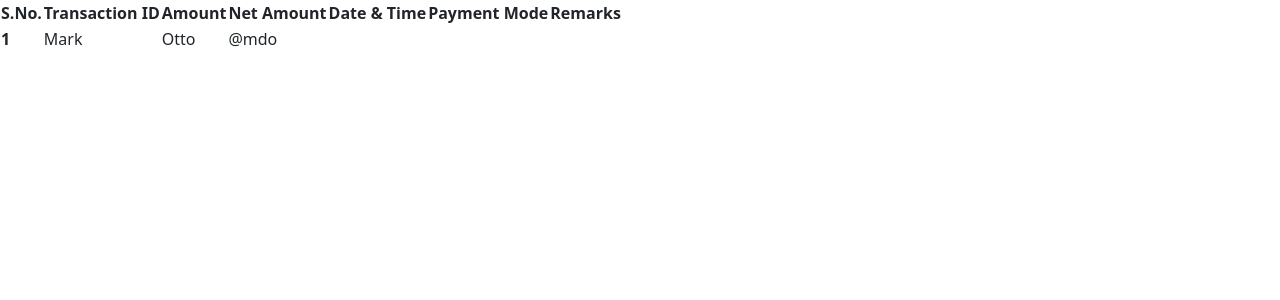
Repository: sreech465/e-prathibha
Page: /paytm
These files come from the project's save history. The page is drawn as it stood at one moment and after the next save; the edit follows.
The browser window is 1280 px wide. The pictures show the whole page.
The project was rebuilt for these pictures with package versions that can differ from the ones it lists, and the page was loaded fresh each time. Also part of the build but not shown: src/Redux/Actions.js, src/Components/Register.js, src/Components/Verify.js, src/Components/Header.js, src/Components/Login.js, src/Components/Popup.css, src/Components/Popup.js, src/Components/WritExam.css and 11 more.

Above is the page before, as saved 2022-10-19 07:54:51.

### src/index.js
import React from "react";
import ReactDOM from "react-dom/client";
import "./index.css";
import App from "./App";
import reportWebVitals from "./reportWebVitals";
import { Provider } from "react-redux";
import { store } from "./Redux/Store";

import "bootstrap/dist/css/bootstrap.min.css";

const root = ReactDOM.createRoot(document.getElementById("root"));
root.render(
  <React.StrictMode>
    <Provider store={store}>
      <App />
    </Provider>
  </React.StrictMode>
);

// If you want to start measuring performance in your app, pass a function
// to log results (for example: reportWebVitals(console.log))
// or send to an analytics endpoint. Learn more: https://bit.ly/CRA-vitals
reportWebVitals();

### src/App.js
import "bootstrap/dist/css/bootstrap.min.css";
import "./App.css";
import Register from "./Components/Register";
import { useSelector } from "react-redux";
import Verify from "./Components/Verify";
import Header from "./Components/Header";
import Login from "./Components/Login";
import { Routes, Route } from "react-router-dom";
import WriteExam from "./Components/WriteExam";
import { BrowserRouter } from "react-router-dom";
import ListOfExams from "./Components/ListOfExams";
import CategoryOfExams from "./Components/CategoryOfExams";
import PremiumList from "./Components/PremiumList";
import MockList from "./Components/MockList";
import PwriteExam from "./Components/PwriteExam";
import Sidebar from "./Components/Sidebar";
import Packageanu from "./Components/Packageanu";
import Checkouts from "./Components/Checkouts";

import Finalpage from "./Components/Finalpage";
import Transaction from "./Components/Transaction";
function App() {
  const state = useSelector((state) => state);
  console.log(state);

  return (
    <>
      <div className="App">
        <BrowserRouter>
          <Routes>
            <Route path="/register" element={<Register />} />
            <Route path="/Verify" element={<Verify />} />
            <Route path="/" element={<Login />} />
            <Route path="/ListOfExams" element={<ListOfExams />} />
            <Route path="/PremiumList" element={<PremiumList />} />
            <Route path="/MockList" element={<MockList />} />
            <Route path="/CategoryOfExams" element={<CategoryOfExams />} />
            <Route path="/ListOfExams/:id" element={<WriteExam />} />
            <Route path="/PremiumList/:id" element={<WriteExam />} />
            <Route path="/packages" element={<Packageanu />} />
            <Route path="/checkouts" element={<Checkouts />} />
            <Route path="/finalpage" element={<Finalpage />} />
            <Route path="/paytm" element={<Transaction />} />
          </Routes>
        </BrowserRouter>
      </div>
    </>
  );
}

export default App;

### src/Redux/Store.js
import { applyMiddleware } from "redux";

import { createStore } from "redux";
import thunk from "redux-thunk";
import { rootreducer } from "./CombineReducers";

export const store = createStore(rootreducer, applyMiddleware(thunk));

### src/App.css
.Sidebar {

  height:100%;
  width:50px;
  background-color: black;
  top:0;
  position:fixed;


}

body{
  margin:0;
  padding:0;
}

.App{
  width:100vw;
  height: 100vh;
}

.SidebarList{
  height: auto;
  padding: 0;
  width:100%;
}

.SidebarList .row{
  width:100%;
  height: 50px;
  border: rgba(11, 11, 11, 0.851);
list-style-type: none;
margin: 0;
color: white;
left: 0;
font-family: 'Lucida Sans', 'Lucida Sans Regular', 'Lucida Grande', 'Lucida Sans Unicode', Geneva, Verdana, sans-serif;
}

.row #icon {
  flex: 30%;
  display: grid;
  place-items: center;
}

### src/Components/Transaction.js
import React from "react";
import { useSelector } from "react-redux";

const Transaction = () => {
  const details = useSelector((state) => state.TransactionReducer.user13);
  console.log(details);
  return (
    <table>
      <thead>
        <tr>
          <th>S.No.</th>
          <th>Transaction ID</th>
          <th>Amount</th>
          <th>Net Amount</th>
          <th>Date & Time</th>
          <th>Payment Mode</th>
          <th>Remarks</th>
        </tr>
      </thead>
      <tbody>
        <tr>
          <th scope="row">1</th>
          <td>Mark</td>
          <td>Otto</td>
          <td>@mdo</td>
        </tr>
      </tbody>
    </table>
  );
};

export default Transaction;

### src/Redux/CombineReducers.js
import { combineReducers } from "redux";
import {
  loginReducer,
  packageReducer,
  payReducer,
  submitExamReducer,
  successReducer,
  transactionReducer,
} from "./Reducer";
import { endExamReducer } from "./Reducer";
import { yearlyQreducer } from "./Reducer";
import { verifyReducer } from "./Reducer";
import { registerReducer } from "./Reducer";
import { writeExamReducer } from "./Reducer";
import { premiumReducer } from "./Reducer";
import { mockReducer } from "./Reducer";

export const rootreducer = combineReducers({
  RegisterReducer: registerReducer,
  VerifyReducer: verifyReducer,
  LoginReducer: loginReducer,
  GetYearlyReducer: yearlyQreducer,
  WexamReducer: writeExamReducer,
  EexamReducer: endExamReducer,
  PremiumReducer: premiumReducer,
  MockReducer: mockReducer,
  SubmitExamReducer: submitExamReducer,
  PayReducer: payReducer,
  PackageReducer: packageReducer,
  SuccessReducer: successReducer,
  TransactionReducer: transactionReducer,
});

### src/Components/Sidebardata.js
import React from "react";
import HomeIcon from "@mui/icons-material/Home";
import ShoppingCartIcon from "@mui/icons-material/ShoppingCart";
import LegendToggleIcon from "@mui/icons-material/LegendToggle";
import LiveHelpIcon from "@mui/icons-material/LiveHelp";
import ManageSearchIcon from "@mui/icons-material/ManageSearch";
import AssistantPhotoIcon from "@mui/icons-material/AssistantPhoto";
import BuildIcon from "@mui/icons-material/Build";
import DomainVerificationIcon from "@mui/icons-material/DomainVerification";
export const Sidebardata = [
  {
    title: "",
    icon: <HomeIcon />,
    link: "/",
  },
  {
    title: "",
    icon: <ShoppingCartIcon />,
    link: "/packages",
  },
  {
    title: "",
    icon: <LegendToggleIcon />,
    link: "/paytm",
  },
  {
    title: "",
    icon: <AssistantPhotoIcon />,
    link: "/result",
  },
  {
    title: "",
    icon: <ManageSearchIcon />,
    link: "/search",
  },
  {
    title: "",
    icon: <LiveHelpIcon />,
    link: "/help",
  },
  {
    title: "",
    icon: <BuildIcon />,
    link: "/help",
  },

  {
    title: "",
    icon: <DomainVerificationIcon />,
    link: "/help",
  },
];

### src/Redux/Reducer.js
import { Actions } from "../Components/types";

const initialstate1 = {
  user1: "",
  user2: "",
  user3: "",
  user4: "",
  user5: "",
  user6: "",
  user7: "",
  user8: "",
  user9: "",
  user10: "",
  user11: "",
  user12: "",
  user13: "",
};

export const loginReducer = (state = initialstate1, action) => {
  const { type, payload } = action;

  switch (type) {
    case Actions.LOGIN:
      return { ...state, user3: payload };
    default:
      return state;
  }
};

export const registerReducer = (state = initialstate1, action) => {
  const { type, payload } = action;

  switch (type) {
    case Actions.REGISTER:
      return { ...state, user1: payload };
    default:
      return state;
  }
};

export const verifyReducer = (state = initialstate1, action) => {
  const { type, payload } = action;

  switch (type) {
    case Actions.VERIFY:
      return { ...state, user2: payload };
    default:
      return state;
  }
};

export const yearlyQreducer = (state = initialstate1, action) => {
  const { type, payload } = action;

  switch (type) {
    case Actions.GETYEARLYQUESTIONS:
      return { ...state, user4: payload };
    default:
      return state;
  }
};

export const premiumReducer = (state = initialstate1, action) => {
  const { type, payload } = action;

  switch (type) {
    case Actions.PREMIUMEXAMS:
      return { ...state, user7: payload };
    default:
      return state;
  }
};

export const mockReducer = (state = initialstate1, action) => {
  const { type, payload } = action;

  switch (type) {
    case Actions.MOCKEXAMS:
      return { ...state, user8: payload };
    default:
      return state;
  }
};

export const writeExamReducer = (state = initialstate1, action) => {
  const { type, payload } = action;

  switch (type) {
    case Actions.WRITETHEEXAM:
      return { ...state, user5: payload };
    default:
      return state;
  }
};

export const submitExamReducer = (state = initialstate1, action) => {
  const { type, payload } = action;

  switch (type) {
    case Actions.SUBMITEXAM:
      return { ...state, user9: payload };
    default:
      return state;
  }
};

export const endExamReducer = (state = initialstate1, action) => {
  const { type, payload } = action;

  switch (type) {
    case Actions.ENDTHEEXAM:
      return { ...state, user6: payload };
    default:
      return state;
  }
};

export const payReducer = (state = initialstate1, action) => {
  const { type, payload } = action;

  switch (type) {
    case Actions.PAYDETAILS:
      return { ...state, user10: payload };
    default:
      return state;
  }
};

export const packageReducer = (state = initialstate1, action) => {
  const { type, payload } = action;

  switch (type) {
    case Actions.PACKAGEDETAILS:
      return { ...state, user11: payload };
    default:
      return state;
  }
};

export const successReducer = (state = initialstate1, action) => {
  const { type, payload } = action;

  switch (type) {
    case Actions.SUCCESS:
      return { ...state, user12: payload };
    default:
      return state;
  }
};

export const transactionReducer = (state = initialstate1, action) => {
  const { type, payload } = action;

  switch (type) {
    case Actions.TRANSACTION:
      return { ...state, user13: payload };
    default:
      return state;
  }
};

### src/Components/types.js
export const Actions = {
  LOGIN: "LOGIN",
  REGISTER: "REGISTER",
  VERIFY: "VERIFY",
  GETYEARLYQUESTIONS: "GETYEARLYQUESTIONS",
  WRITETHEEXAM: "WRITETHEEXAM",
  SUBMITEXAM: "SUBMITEXAM",
  ENDTHEEXAM: "ENDTHEEXAM",
  PREMIUMEXAMS: "PREMIUMEXAMS",
  MOCKEXAMS: "MOCKEXAMS",
  PAYDETAILS: "PAYDETAILS",
  PACKAGEDETAILS: "PACKAGEDETAILS",
  SUCCESS: "SUCCESS",
  TRANSACTION: "TRANSACTION",
};

Loaded but not shown: public/index.html (common file); src/index.css (common file); src/reportWebVitals.js (common file)

After the next save:
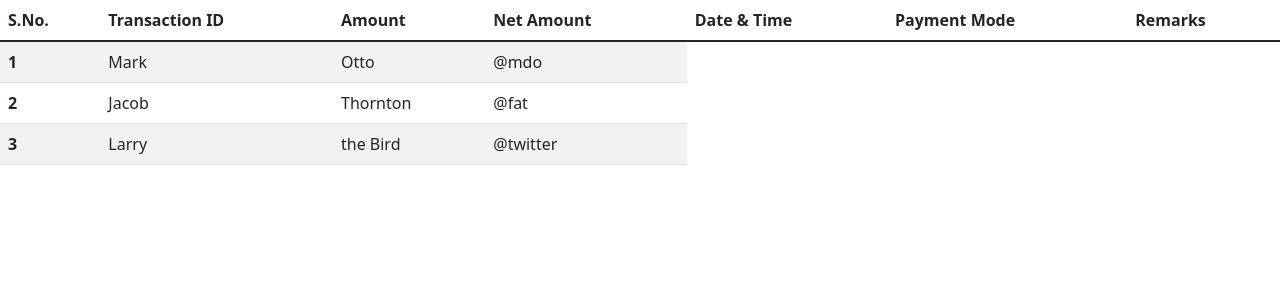
Saved 12 min 54 s later.
--- a/src/Components/Transaction.js
+++ b/src/Components/Transaction.js
@@ -5,16 +5,16 @@ const Transaction = () => {
   const details = useSelector((state) => state.TransactionReducer.user13);
   console.log(details);
   return (
-    <table>
+    <table class="table table-striped">
       <thead>
         <tr>
-          <th>S.No.</th>
-          <th>Transaction ID</th>
-          <th>Amount</th>
-          <th>Net Amount</th>
-          <th>Date & Time</th>
-          <th>Payment Mode</th>
-          <th>Remarks</th>
+          <th scope="col">S.No.</th>
+          <th scope="col">Transaction ID</th>
+          <th scope="col">Amount</th>
+          <th scope="col">Net Amount</th>
+          <th scope="col">Date & Time</th>
+          <th scope="col">Payment Mode</th>
+          <th scope="col">Remarks</th>
         </tr>
       </thead>
       <tbody>
@@ -24,6 +24,18 @@ const Transaction = () => {
           <td>Otto</td>
           <td>@mdo</td>
         </tr>
+        <tr>
+          <th scope="row">2</th>
+          <td>Jacob</td>
+          <td>Thornton</td>
+          <td>@fat</td>
+        </tr>
+        <tr>
+          <th scope="row">3</th>
+          <td>Larry</td>
+          <td>the Bird</td>
+          <td>@twitter</td>
+        </tr>
       </tbody>
     </table>
   );
